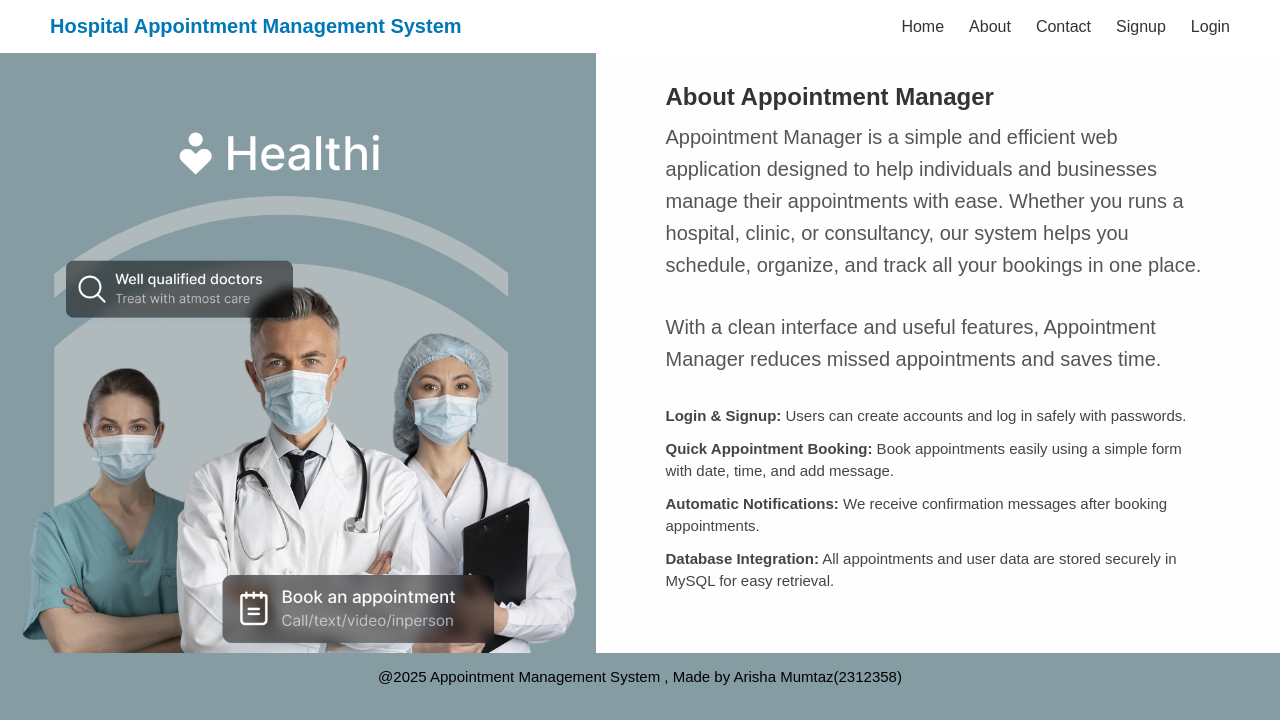
Repository: Arisha004/hospital-management-midterm-
Page: http://localhost/about.html
An editor plug-in stored every save of this project. The page is shown before and after the next save, followed by the edit.
The browser window is 1280 px wide. The pictures show the whole page.
The page is run by PHP 8.4 with error messages shown; the project is at /var/www/html/.

Above is the page before, as saved 2025-11-08 14:14:25.

### about.html
<html>
<head>
    <title>Document</title>
    <link rel="stylesheet" href="style.css">

</head>
<body>
      <header class="navbar">
    <div class="logo">Hospital Appointment Management System</div>
    <nav>
      <ul>
        <li><a href="landingpage.html">Home</a></li>
        <li><a href="about.html">About</a></li>
        <li><a href="contact.html">Contact</a></li>
          <li><a href="signup.php">Signup</a></li>
        <li><a href="login.php">Login</a></li>
      </ul>
    </nav>
  </header>
   <section class="landing">
      <div class="right"></div>

    <div class="left">
    <h2 style="margin-top: 30px;">About Appointment Manager</h2>
    <p style="margin-top: 10px;">
      Appointment Manager is a simple and efficient web application designed to help individuals and businesses
      manage their appointments with ease. Whether you runs a hospital, clinic, or consultancy, our system
      helps you schedule, organize, and track all your bookings in one place.
    </p>
    <p>
      With a clean interface and useful features, Appointment Manager reduces missed appointments and saves time.
    </p>
    <ul class="features">
      <li><strong> Login & Signup:</strong> Users can create accounts and log in safely with  passwords.</li>
<li><strong>Quick Appointment Booking:</strong> Book appointments easily using a simple form with date, time, and add message.</li>
<li><strong>Automatic Notifications:</strong> We receive confirmation messages after booking appointments.</li>
<li><strong>Database Integration:</strong> All appointments and user data are stored securely in MySQL for easy retrieval.</li>

       </ul>
  </div>
  </div>
  </section>




<footer>
    <p>  @2025 Appointment Management System , Made by Arisha Mumtaz(2312358)</p>
  </footer>
</body>
</html>

### style.css

* {
  margin: 0;
  padding: 0;
  font-family: 'Poppins', sans-serif;
}

body {
  background: #869CA3;
  color: #333;
}

.about {
  background-color: #f9f9f9;
  padding: 80px 0; /*80px top & bottom, 0 left & right */
}

.about-image img {

  width: 450px;
  border-radius: 10px;
}

.about-content {
  margin-top: 20px;
  width: 300px;
}

.about-content h2 {
  font-size: 28px;
  color: #1a73e8;
  margin-bottom: 15px;
}

.about-content p {
  font-size: 16px;
  color: #555;
  line-height: 1.6;
  margin-bottom: 20px;
}

.features {
  list-style: none;
  padding: 0;
  margin-bottom: 25px;
}

.features li {
  margin-bottom: 10px;
  color: #444;
  font-size: 15px;
  line-height: 1.5;
}



.contact {
  background-color: #f5f9ff;
  padding: 80px 0;
}

.contact-inner {
  width: 600px;
  margin-left: 400PX;
  text-align: center;
}

.contact h2 {
  font-size: 28px;
  color: #1a73e8;
  margin-bottom: 10px;
}

.contact p {
  color: #555;
  margin-bottom: 30px;
  font-size: 15px;
  line-height: 1.6;
}
.features{
  list-style: none;
  padding: 0;
  margin-bottom: 25px;
}

.contact-form {
  background-color: #fff;
  padding: 35px 40px;
  border-radius: 12px;
  text-align: left;
}

.form-group {
  margin-bottom: 18px;
}

label {
  font-weight: 500;
  margin-bottom: 6px;
  color: #333;
}

label span {
  color: red;
}

input, textarea {
  width: 100%;
  padding: 10px 12px;
  border: 1px solid #ccc;
  border-radius: 6px;
  font-size: 14px;
}



.contact-form .btn {
  display: inline-block;
  background-color: #869CA3;
  color: #fff;
  padding: 10px 22px;
  border: none;
  border-radius: 6px;
  cursor: pointer;
  font-weight: 500;

  margin-left: 130px;
   text-align: center;
}


.navbar {
  display: flex;
  justify-content: space-between;
  align-items: center;
  padding: 15px 50px;
  background: #fff;

 }

.navbar .logo {
  font-weight: 700;
  font-size: 20px;
  color: #0077b6;
}

.navbar ul {
  display: flex;
  list-style: none;
}

.navbar ul li a {
  text-decoration: none;
  color: #333;
  margin-left: 25px;
}

/*.landing becomes a flex container.
Its children (e.g., .left and .right) automatically become flex items.flex items are IN horizontally (row direction).*/

.landing {
  display: flex;
  height: 600px;
}


  button{

  display: inline-block;
  background-color: #869CA3;
  color: #fff;
  padding: 10px 22px;
  border: none;
  border-radius: 6px;
  cursor: pointer;
  font-weight: 500;

   text-align: center;
}


.landing .left {

  width: 50%;
  padding: 0 70px; /*adds 70px space on left and right (inner spacing).*/
  background: #fefefe;
}


.landing .left h1 {
  margin-top: 200px;
  font-size: 30px;
  color: #023e8a;
  margin-bottom: 20px;
}

.landing .left p {
  font-size: 20px;
  color: #555;
  margin-bottom: 30px;
  line-height: 1.6;
}

.btn {
  background: #869CA3;
  color: #fff;
  padding: 12px 25px;
  border-radius: 30px;
  text-decoration: none;
  font-weight: 300;
  width: 300px;
}


.landing .right {
  width:700px;
  background:url(images/pic1.png);
  background-repeat: no-repeat;
  background-size: cover;
}





.form1-container {
  width: 520px;
  margin: 80px auto;
  background: white;
  padding: 20px;
  border-radius: 8px;
}

.form1-container h2 {
  text-align: center;
  color: #333;
}

.form1-container label {
  display: block;
  margin-top: 10px;
  color: #555;
}

.form1-container input {
  width: 100%;
  padding: 8px;
  margin-top: 5px;
  border: 1px solid #ccc;
  border-radius: 4px;
}

.form1-container button {
  width: 100%;
  margin-top: 15px;
  padding: 10px;
  background: #869CA3;
  border: none;
  color: white;
  border-radius: 4px;
  cursor: pointer;
}


.form1-container p {
  text-align: center;
  margin-top: 10px;
}

.success {
  text-align: center;
  background: #d4edda;
  color: #155724;
  padding: 8px;
  border-radius: 5px;
  margin: 10px auto;
  width: 320px;
}

.error {
  text-align: center;
  background: #f8d7da;
  color: #721c24;
  padding: 8px;
  border-radius: 5px;
  margin: 10px auto;
  width: 320px;
}

footer {
  text-align: center;
  padding: 15px;
 background-color:#869CA3;
  color: black;
  font-size: 15px;

}

.container.about-inner {
  padding: 50px 20px;
  background-color: #fff;
  margin: 40px auto;
  width: 1000px;
  border-radius: 10px;

}


.about-content {
  width: 600px;
}

.about-content h2 {
  font-size: 28px;
  margin-bottom: 15px;
  color: #222;
}

.about-content p {
  font-size: 16px;
  line-height: 1.6;
  margin-bottom: 15px;
}

After the next save:
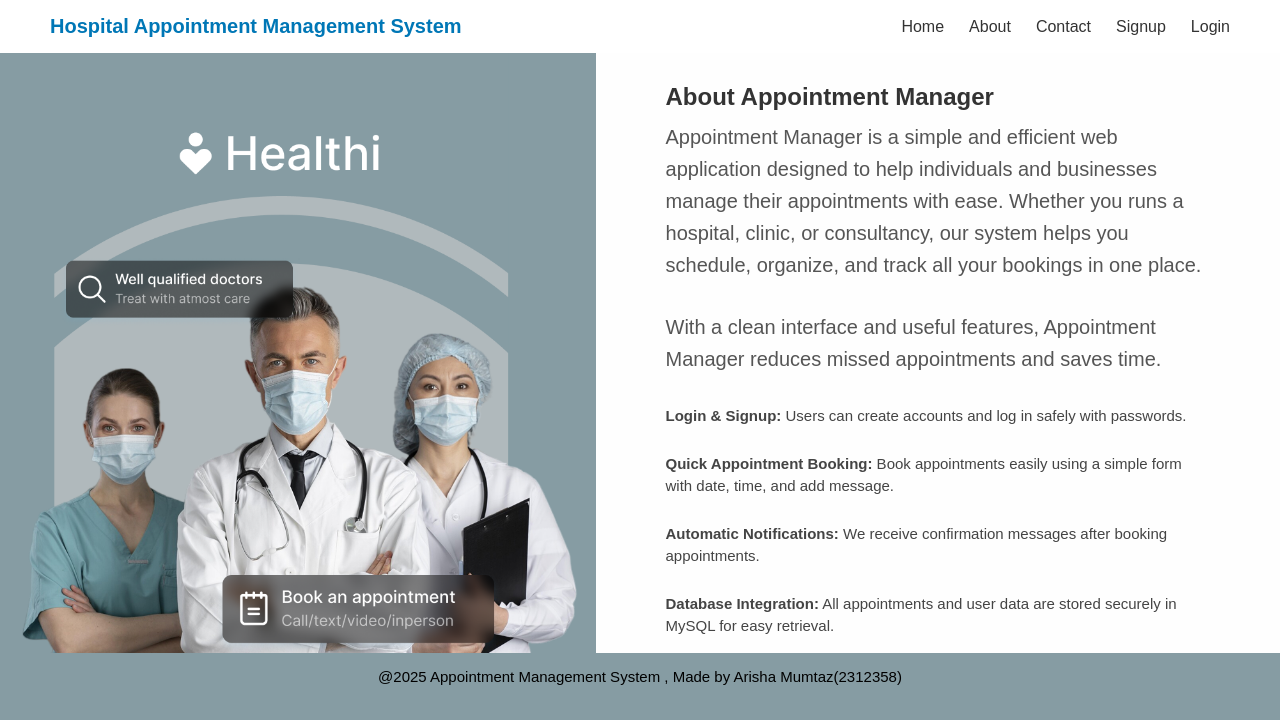
Saved 5 s later.
--- a/style.css
+++ b/style.css
@@ -77,7 +77,7 @@
   font-size: 15px;
   line-height: 1.6;
 }
-.features{
+.features li{
   list-style: none;
   padding: 0;
   margin-bottom: 25px;

After the save that followed:
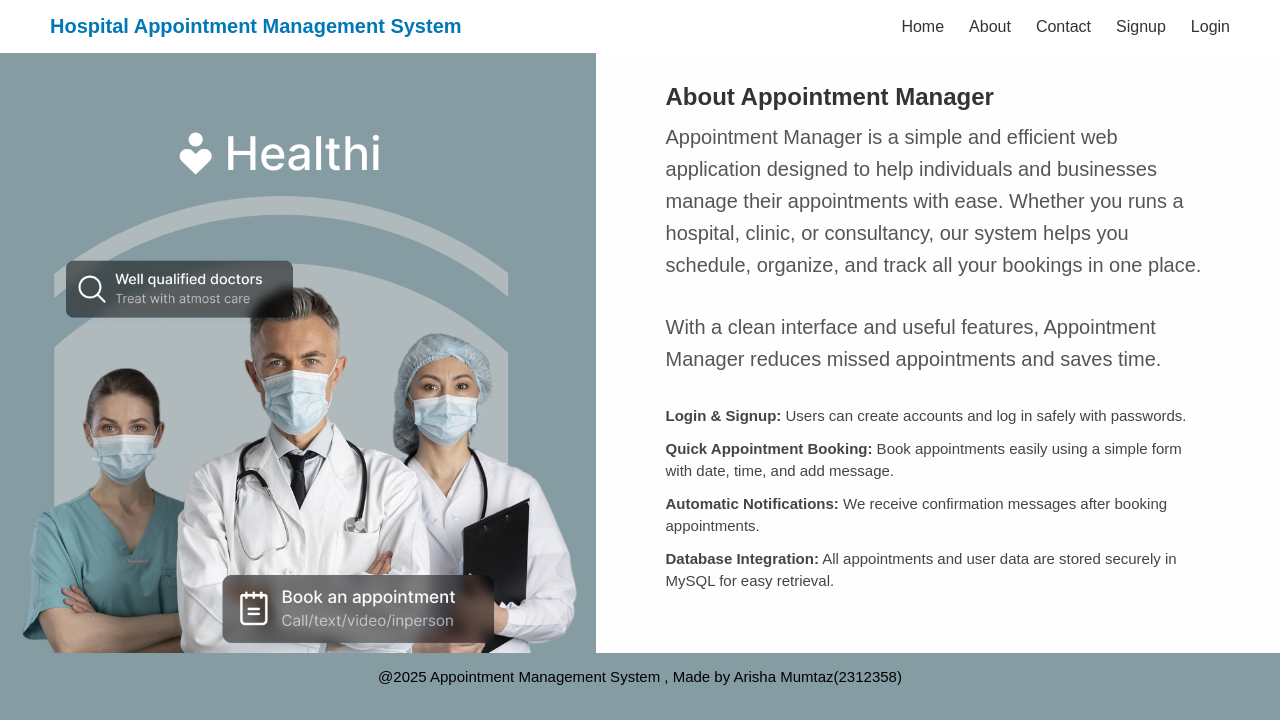
Saved 9 s later.
--- a/style.css
+++ b/style.css
@@ -78,9 +78,7 @@
   line-height: 1.6;
 }
 .features li{
-  list-style: none;
-  padding: 0;
-  margin-bottom: 25px;
+
 }
 
 .contact-form {
